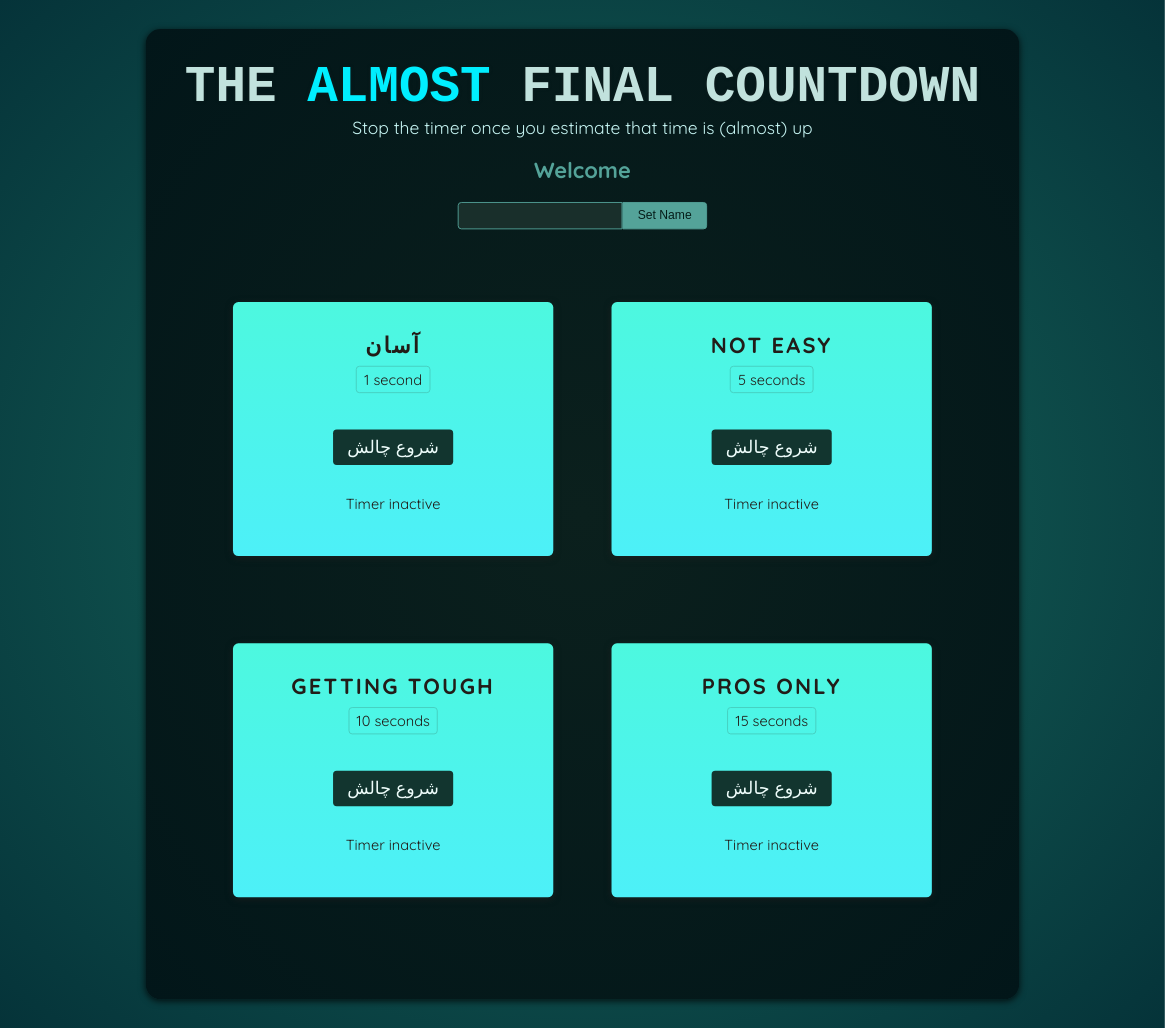
Repository: H-ala/react-near-end
Page: /
An editor plug-in stored every save of this project. The page is shown before and after the next save, followed by the edit.
The browser window is 1280 px wide. The pictures show the whole page, at 91% of full size.
Some web fonts or font styles are not loaded; a fallback is used. The project was rebuilt for these pictures with package versions that can differ from the ones it lists, and the page was loaded fresh each time. Also part of the build but not shown: vite.config.js.

Above is the page before, as saved 2025-10-21 19:04:40.

### src/App.jsx
import Player from './components/Player.jsx';
import TimerChallenge from './components/TimerChallenge.jsx';

function App() {
  return (
    <>
      <Player />
      <div id="challenges">
        <TimerChallenge title="آسان" targetTime={1} />
        <TimerChallenge title="Not easy" targetTime={5} />
        <TimerChallenge title="Getting tough" targetTime={10} />
        <TimerChallenge title="Pros Only" targetTime={15} />
      </div>
    </>
  );
}

export default App;

### src/components/Player.jsx
import { useState, useRef } from "react";

export default function Player() {
  const playerName = useRef();
  const [enteredPlayerName, setEnteredPlayerName] = useState("");

  function handleClick() {
    setEnteredPlayerName(playerName.current.value);
    playerName.current.value = "";
  }

  return (
    <section id="player">
      <h2>Welcome {enteredPlayerName ?? "unknown entity"}</h2>
      <p>
        <input
          ref={playerName}
          type="text"
        />
        <button onClick={handleClick}>Set Name</button>
      </p>
    </section>
  );
}

### src/components/TimerChallenge.jsx
import { useState, useRef } from "react";
import ResultModal from "./ResultModal";

export default function TimerChallenge({ title, targetTime }) {
  const timer = useRef();
  const dialog = useRef();

  const [timeRemaining, setTimeRemaining] = useState(targetTime * 1000);
  const timerIsActive = timeRemaining > 0 && timeRemaining < targetTime * 1000;

  if (timeRemaining <= 0) {
    clearInterval(timer.current);
    dialog.current.open();
  }

  function handleStart() {
    timer.current = setInterval(() => {
      setTimeRemaining((prevTimeRemaining) => prevTimeRemaining - 10);
    }, 10);
  }

  function handleReset() {
    setTimeRemaining(targetTime * 1000);
  }

  function handleStop() {
    clearInterval(timer.current);
    dialog.current.open();
  }

  return (
    <>
      <ResultModal
        ref={dialog}
        targetTime={targetTime}
        remainingTime={timeRemaining}
        onReset={handleReset}
      />
      <section className="challenge">
        <h2>{title}</h2>
        <p className="challenge-time">
          {targetTime} second{targetTime > 1 ? "s" : ""}
        </p>
        <p>
          <button onClick={timerIsActive ? handleStop : handleStart}>
            {timerIsActive ? "توقف" : "شروع"} چالش
          </button>
        </p>
        <p className={timerIsActive ? "active" : undefined}>
          {timerIsActive ? "Time is running..." : "Timer inactive"}
        </p>
      </section>
    </>
  );
}

### src/components/ResultModal.jsx
import { useImperativeHandle, useRef } from "react";
import { createPortal } from "react-dom";

export default function ResultModal({ ref, targetTime, remainingTime, onReset }) {
  const dialog = useRef();

  const userLost = remainingTime <= 0;
  const formattedRemainingTime = (remainingTime / 1000).toFixed(2);
  const score = Math.round((1 - (remainingTime / (targetTime * 1000))) * 100);

  useImperativeHandle(ref, () => {
    return {
      open() {
        dialog.current.showModal();
      },
    };
  });

  return createPortal(
    <dialog ref={dialog} className="result-modal" onClose={onReset}>
      {userLost && <h2>You Lost!</h2>}
      {!userLost && <h2>Your Score: {score}</h2>}
      <p>
        The targer time was <strong>{targetTime} seconds. </strong>
      </p>
      <p>
        You stopped the time with{" "}
        <strong>{formattedRemainingTime} seconds left.</strong>
      </p>
      <form action="dialog" onSubmit={onReset}>
        <button>Close</button>
      </form>
    </dialog>,
    document.getElementById("modal")
  );
}

Loaded but not shown: index.html (common file); src/main.jsx (common file); src/index.css (common file)

After the next save:
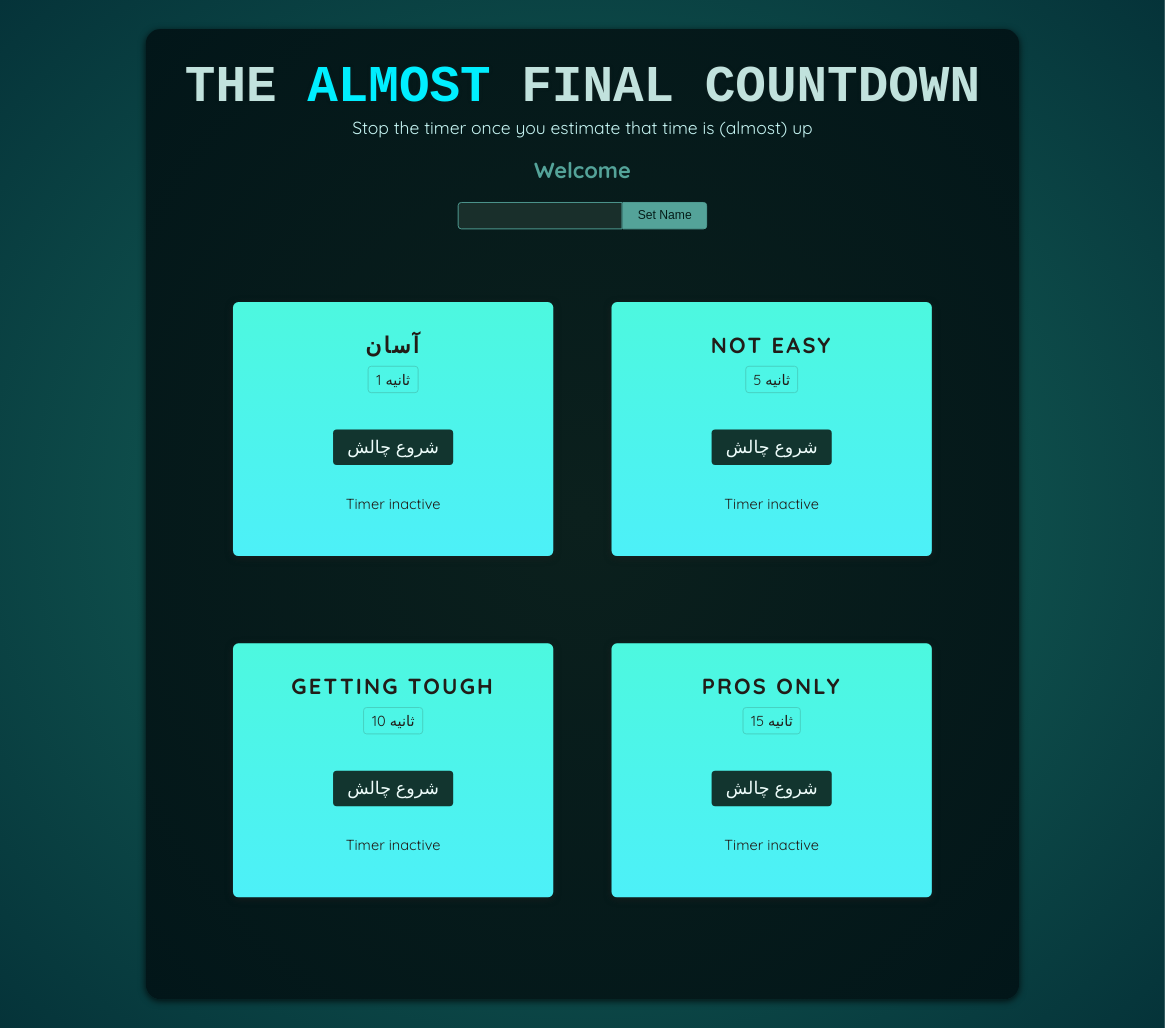
Saved 27 s later.
--- a/src/components/TimerChallenge.jsx
+++ b/src/components/TimerChallenge.jsx
@@ -39,7 +39,7 @@ export default function TimerChallenge({ title, targetTime }) {
       <section className="challenge">
         <h2>{title}</h2>
         <p className="challenge-time">
-          {targetTime} second{targetTime > 1 ? "s" : ""}
+          {targetTime} ثانیه
         </p>
         <p>
           <button onClick={timerIsActive ? handleStop : handleStart}>
